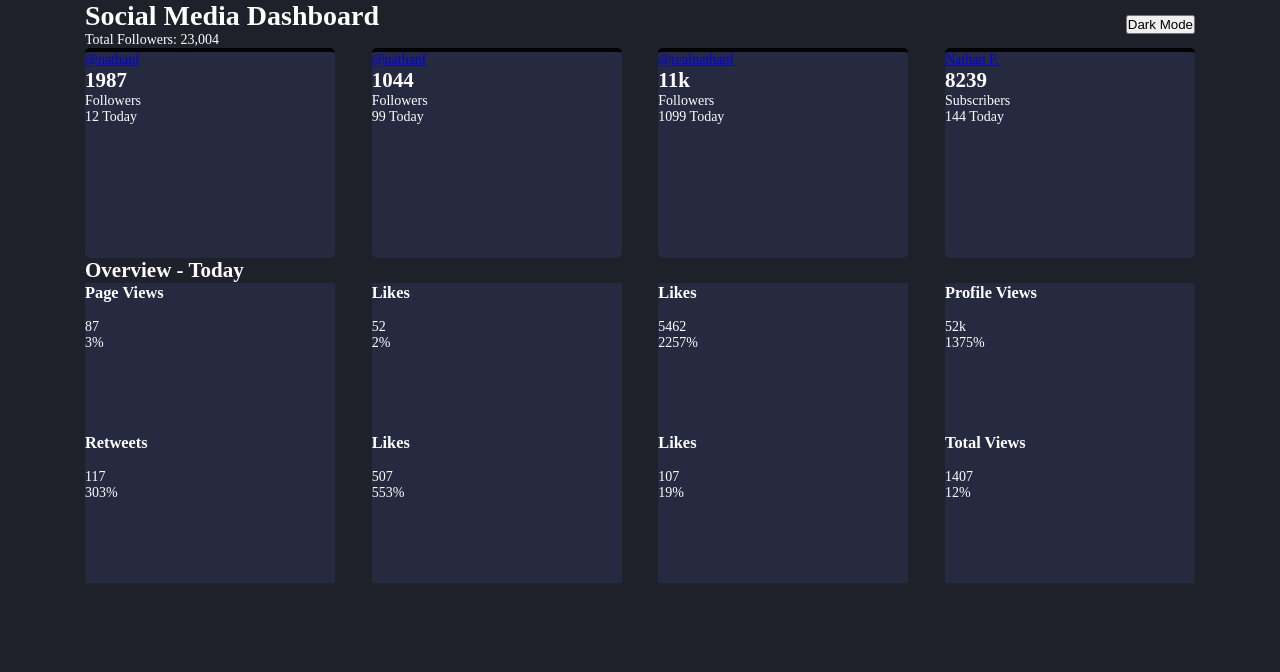
Repository: mamulini/social-media-dashboard-with-theme-switcher-master
Page: index.html
The author's editor kept a copy of each file at every save. The page is drawn from the files as they stood at one save, then again after the next save.
The browser window is 1280 px wide. The pictures show the whole page.

Above is the page before, as saved 2020-04-06 13:04:33.

### index.html
<!DOCTYPE html>
<html lang="en">

<head>
  <meta charset="UTF-8">
  <meta name="viewport" content="width=device-width, initial-scale=1.0">
  <link rel="icon" type="image/png" sizes="32x32" href="./images/favicon-32x32.png">
  <link rel="stylesheet" href="./css/style.css">
  <title>Frontend Mentor | [Challenge Name Here]</title>
</head>

<body>
  <main class="dashboard container">
    <header class="header">
      <div class="title">
        <h1 class="title__name">Social Media Dashboard</h1>
        <p class="title__total">Total Followers: 23,004</p>
      </div>
      <button class="theme" type="button">Dark Mode</button>
    </header>
    <div class="followers_block">
      <div class="folowers">
        <a class="followers__link" href="#">@nathanf</a>
        <h2 class="followers__sum">1987</h2>
        <p class="followers__title">Followers</p>
        <p class="followers__today">12 Today</p>
      </div>
      <div class="folowers">
        <a class="followers__link" href="#">@nathanf
        </a>
        <h2 class="followers__sum">1044</h2>
        <p class="followers__title">Followers</p>
        <p class="followers__today">99 Today</p>
      </div>
      <div class="folowers">
        <a class="followers__link" href="#">@realnathanf


        </a>
        <h2 class="followers__sum">11k</h2>
        <p class="followers__title">Followers</p>
        <p class="followers__today">1099 Today</p>
      </div>
      <div class="folowers">
        <a class="followers__link" href="#">Nathan F.
        </a>
        <h2 class="followers__sum">8239</h2>
        <p class="followers__title">Subscribers</p>
        <p class="followers__today">144 Today</p>
      </div>

    </div>
    <div class="overview">
      <h2 class="overview__title">Overview - Today</h2>
    </div>
    <div class="likes_counter">
      <div class="likes">
        <h3 class="likes__title">Page Views</h3>
        <img src="" alt="" class="like__icon">
        <p class="likes__num">87</p>
        <p class="likes__procent">3%</p>
      </div>
      <div class="likes">
        <h3 class="likes__title">Likes</h3>
        <img src="" alt="" class="like__icon">
        <p class="likes__num">52</p>
        <p class="likes__procent">2%</p>
      </div>
      <div class="likes">
        <h3 class="likes__title">Likes</h3>
        <img src="" alt="" class="like__icon">
        <p class="likes__num">5462</p>
        <p class="likes__procent">2257%</p>
      </div>
      <div class="likes">
        <h3 class="likes__title">Profile Views</h3>
        <img src="" alt="" class="like__icon">
        <p class="likes__num">52k</p>
        <p class="likes__procent">1375%</p>
      </div>
      <div class="likes">
        <h3 class="likes__title">Retweets</h3>
        <img src="" alt="" class="like__icon">
        <p class="likes__num">117</p>
        <p class="likes__procent">303%</p>
      </div>
      <div class="likes">
        <h3 class="likes__title">Likes</h3>
        <img src="" alt="" class="like__icon">
        <p class="likes__num">507</p>
        <p class="likes__procent">553%</p>
      </div>
      <div class="likes">
        <h3 class="likes__title">Likes</h3>
        <img src="" alt="" class="like__icon">
        <p class="likes__num">107</p>
        <p class="likes__procent">19%</p>
      </div>
      <div class="likes">
        <h3 class="likes__title">Total Views</h3>
        <img src="" alt="" class="like__icon">
        <p class="likes__num">1407</p>
        <p class="likes__procent">12%</p>
      </div>
    </div>
  </main>
  <!-- <div class="attribution">
    Challenge by <a href="https://www.frontendmentor.io?ref=challenge" target="_blank">Frontend Mentor</a>.
    Coded by <a href="#">Your Name Here</a>.
  </div> -->
</body>

</html>

### css/style.css
*{
    padding: 0;
    margin: 0;
    box-sizing: border-box;
}

body{
    font-size: 14px;
    background: hsl(230, 17%, 14%);
    color: #ffffff;
}

.container{
    max-width: 1110px;
    margin: 0 auto;

}

.header{
    display: flex;
    justify-content: space-between;
    align-items: center;
}

.followers_block{
    display: flex;
    justify-content: space-between;
}

.folowers{
    width: 250px;
    height: 210px;
    background: #e4e4e4;
    border-top: 4px solid #000;
    border-radius: 5px;
    background: hsl(228, 28%, 20%);
}

.likes_counter{
    display: flex;
    justify-content: space-between;
    flex-wrap: wrap;
}

.likes{
    flex: 0 0 calc(25% - #{$gap});
    width: 250px;
    height: 150px;
    background:  hsl(228, 28%, 20%);
}






.attribution { font-size: 11px; text-align: center; }
.attribution a { color: hsl(228, 45%, 44%); }

After the next save:
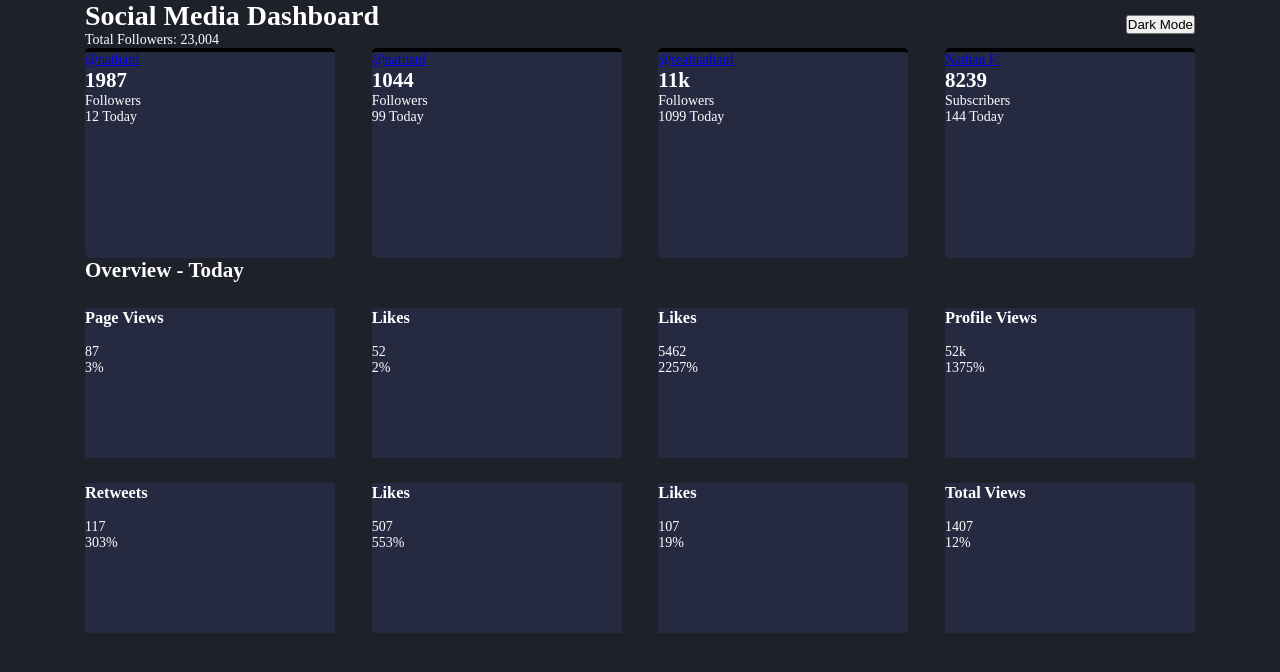
Saved 32 s later.
--- a/css/style.css
+++ b/css/style.css
@@ -47,6 +47,7 @@ body{
     width: 250px;
     height: 150px;
     background:  hsl(228, 28%, 20%);
+    margin-top: 25px;
 }
 
 
